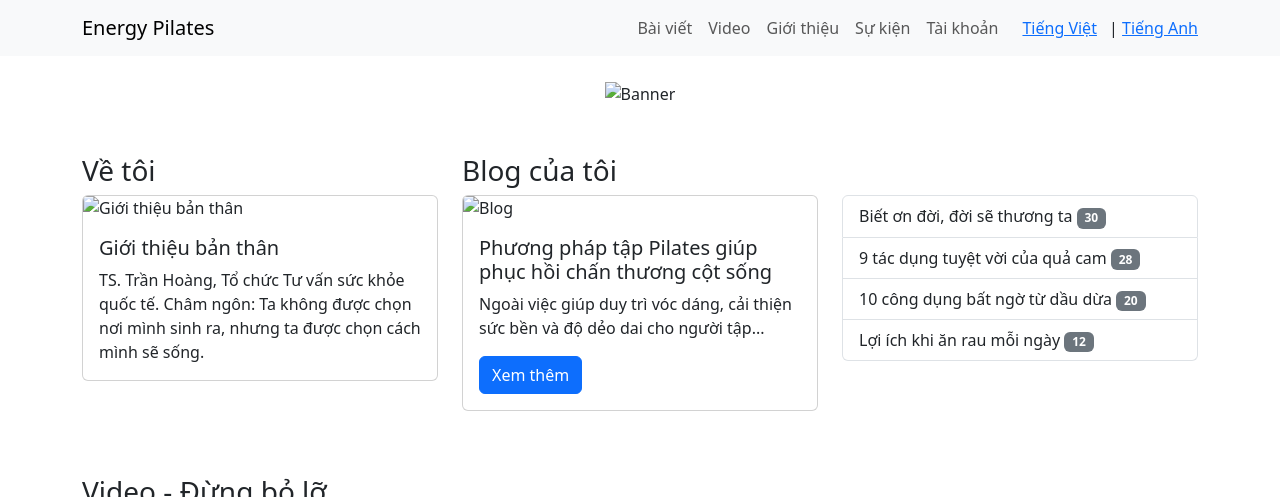
Repository: KizukoHeiwa/SOF308
Page: Lab3/index.html
An editor plug-in stored every save of this project. The page is shown before and after the next save, followed by the edit.
The browser window is 1280 px wide. The pictures show the part of the page from y = 0 to 497 px (the page is 1031 px tall before and 1355 px after).
A picture or video elsewhere on the page could not be fetched, so the positions and the page height are approximate.

Above is the page before, as saved 2024-11-07 11:07:01.
Not found: Lab3/banner-image.jpg
Not found: Lab3/blog-image.jpg
Not found: Lab3/profile-picture.jpg

### Lab3/index.html
<!DOCTYPE html>
<html lang="en">
<head>
    <meta charset="UTF-8">
    <meta name="viewport" content="width=device-width, initial-scale=1.0">
    <title>FPT Polytechnic</title>
</head>
<link href="https://cdn.jsdelivr.net/npm/bootstrap@5.3.3/dist/css/bootstrap.min.css" rel="stylesheet">
<link rel="stylesheet" href="https://cdnjs.cloudflare.com/ajax/libs/font-awesome/6.0.0-beta3/css/all.min.css">
<script src="https://cdn.jsdelivr.net/npm/bootstrap@5.3.3/dist/js/bootstrap.bundle.min.js"></script>
<body>

    <!-- Navbar -->
    <nav class="navbar navbar-expand-lg navbar-light bg-light">
      <div class="container">
        <a class="navbar-brand" href="#">Energy Pilates</a>
        <button class="navbar-toggler" type="button" data-bs-toggle="collapse" data-bs-target="#navbarNav" aria-controls="navbarNav" aria-expanded="false" aria-label="Toggle navigation">
          <span class="navbar-toggler-icon"></span>
        </button>
        <div class="collapse navbar-collapse" id="navbarNav">
          <ul class="navbar-nav ms-auto">
            <li class="nav-item"><a class="nav-link" href="#">Bài viết</a></li>
            <li class="nav-item"><a class="nav-link" href="#">Video</a></li>
            <li class="nav-item"><a class="nav-link" href="#">Giới thiệu</a></li>
            <li class="nav-item"><a class="nav-link" href="#">Sự kiện</a></li>
            <li class="nav-item"><a class="nav-link" href="#">Tài khoản</a></li>
          </ul>
          <div class="ms-3">
            <a href="#" class="me-2">Tiếng Việt</a> | <a href="#">Tiếng Anh</a>
          </div>
        </div>
      </div>
    </nav>

    <!-- Banner -->
    <div class="container mt-4">
      <div class="row">
        <div class="col text-center">
          <img src="banner-image.jpg" alt="Banner" class="img-fluid" style="max-height: 400px;">
        </div>
      </div>
    </div>

    <!-- About and Blog Section -->
    <div class="container my-5">
      <div class="row">
        <div class="col-md-4">
          <h3>Về tôi</h3>
          <div class="card">
            <img src="profile-picture.jpg" class="card-img-top" alt="Giới thiệu bản thân">
            <div class="card-body">
              <h5 class="card-title">Giới thiệu bản thân</h5>
              <p class="card-text">TS. Trần Hoàng, Tổ chức Tư vấn sức khỏe quốc tế. Châm ngôn: Ta không được chọn nơi mình sinh ra, nhưng ta được chọn cách mình sẽ sống.</p>
            </div>
          </div>
        </div>

        <div class="col-md-8">
          <h3>Blog của tôi</h3>
          <div class="row">
            <div class="col-md-6">
              <div class="card mb-3">
                <img src="blog-image.jpg" class="card-img-top" alt="Blog">
                <div class="card-body">
                  <h5 class="card-title">Phương pháp tập Pilates giúp phục hồi chấn thương cột sống</h5>
                  <p class="card-text">Ngoài việc giúp duy trì vóc dáng, cải thiện sức bền và độ dẻo dai cho người tập...</p>
                  <a href="#" class="btn btn-primary">Xem thêm</a>
                </div>
              </div>
            </div>
            <div class="col-md-6">
              <ul class="list-group">
                <li class="list-group-item">Biết ơn đời, đời sẽ thương ta <span class="badge bg-secondary">30</span></li>
                <li class="list-group-item">9 tác dụng tuyệt vời của quả cam <span class="badge bg-secondary">28</span></li>
                <li class="list-group-item">10 công dụng bất ngờ từ dầu dừa <span class="badge bg-secondary">20</span></li>
                <li class="list-group-item">Lợi ích khi ăn rau mỗi ngày <span class="badge bg-secondary">12</span></li>
              </ul>
            </div>
          </div>
        </div>
      </div>
    </div>

    <!-- Video Section -->
    <div class="container my-5">
      <h3>Video - Đừng bỏ lỡ</h3>
      <div class="row">
        <div class="col-md-3">
          <div class="card">
            <img src="video-thumbnail1.jpg" class="card-img-top" alt="Video 1">
            <div class="card-body">
              <h5 class="card-title">Đi xa hơn để trưởng thành hơn</h5>
              <p class="card-text">Tuổi trẻ chỉ nghĩ đến những chuyến đi...</p>
            </div>
          </div>
        </div>
        <div class="col-md-3">
          <div class="card">
            <img src="video-thumbnail2.jpg" class="card-img-top" alt="Video 2">
            <div class="card-body">
              <h5 class="card-title">Chút tâm tư những ngày cuối năm</h5>
              <p class="card-text">Guồng quay cuộc sống...</p>
            </div>
          </div>
        </div>
        <div class="col-md-3">
          <div class="card">
            <img src="video-thumbnail3.jpg" class="card-img-top" alt="Video 3">
            <div class="card-body">
              <h5 class="card-title">Ước gì được trở về tuổi thơ</h5>
              <p class="card-text">Tuổi trẻ chỉ nghĩ đến những chuyến đi...</p>
            </div>
          </div>
        </div>
        <div class="col-md-3">
          <div class="card">
            <img src="video-thumbnail4.jpg" class="card-img-top" alt="Video 4">
            <div class="card-body">
              <h5 class="card-title">Ba người thầy vĩ đại</h5>
              <p class="card-text">Ta xem vạn vật là thầy...</p>
            </div>
          </div>
        </div>
      </div>
      <div class="text-center mt-4">
        <a href="#" class="btn btn-primary">Xem thêm</a>
      </div>
    </div>

    <!-- Footer -->
    <footer class="bg-dark text-white text-center py-3">
      <div class="container">
        <p>&copy;Copyright by FPT Polytechnic</p>
      </div>
    </footer>

    <script src="https://cdn.jsdelivr.net/npm/bootstrap@5.0.2/dist/js/bootstrap.bundle.min.js"></script>
    </body>
</html>

After the next save:
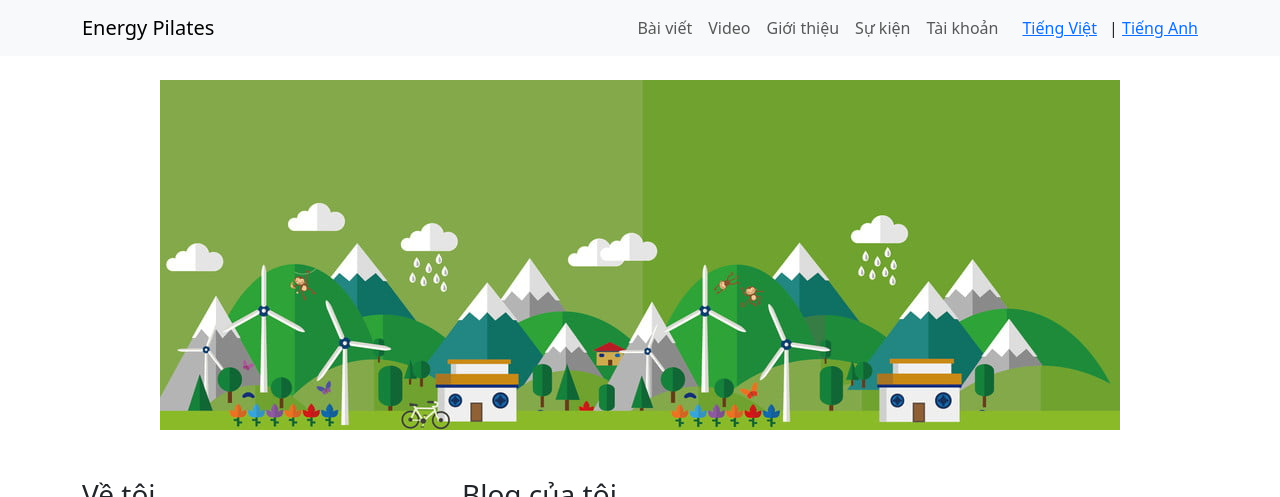
Saved 49 s later.
--- a/Lab3/index.html
+++ b/Lab3/index.html
@@ -36,7 +36,7 @@
     <div class="container mt-4">
       <div class="row">
         <div class="col text-center">
-          <img src="banner-image.jpg" alt="Banner" class="img-fluid" style="max-height: 400px;">
+          <img src="images/banner1.jpg" alt="Banner" class="img-fluid" style="max-height: 400px;">
         </div>
       </div>
     </div>
